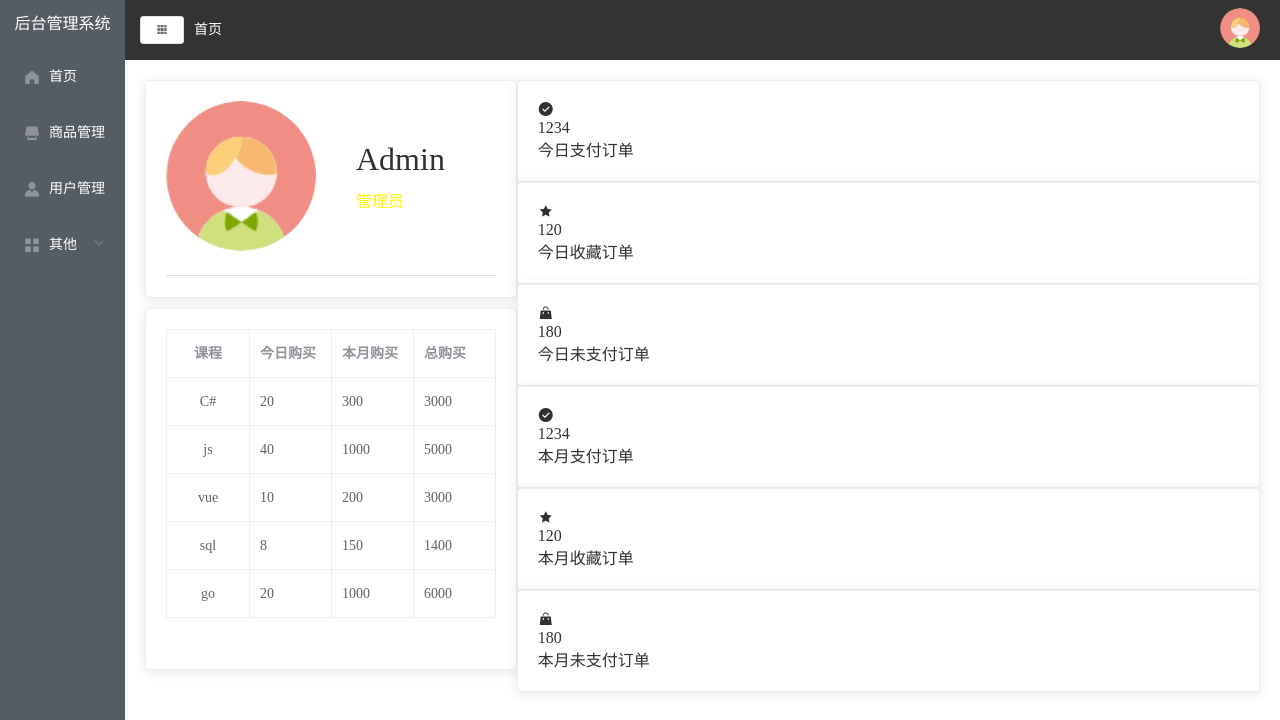
Repository: tkqi/manage
Page: /
These files come from the project's save history. The page is drawn as it stood at one moment and after a run of saves; the edit follows.
The browser window is 1280 px wide. The pictures show the whole page.
The project was rebuilt for these pictures with package versions that can differ from the ones it lists, and the page was loaded fresh each time. Also part of the build but not shown: vue.config.js.

Above is the page before, as saved 2023-12-06 11:01:47.

### src/main.js
import Vue from 'vue'
import App from './App.vue'
import router from './router'
import store from './store'
import ElementUI from 'element-ui';
import 'element-ui/lib/theme-chalk/index.css';

Vue.config.productionTip = false
Vue.use(ElementUI);

new Vue({
  router,
  store,
  render: h => h(App)
}).$mount('#app')

### src/App.vue
<template>
  <div id="app">
    <!-- 路由出口 -->
    <router-view />
  </div>
</template>

<script>
export default {
  name: 'App'
}
</script>

<style lang="less">
html,
body,
h3,
p {
  margin: 0;
  padding: 0;
}
</style>

### src/router/index.js
import Vue from 'vue'
import VueRouter from 'vue-router'
import routes from './routes'
Vue.use(VueRouter)


const router = new VueRouter({
  routes: routes
})

// 暴露router实例
export default router

### src/store/index.js
import Vue from 'vue'
import Vuex from 'vuex'
import tab from './tab.js'

Vue.use(Vuex)

const store = new Vuex.Store({
  state: {

  },
  getters: {
  },
  mutations: {
  },
  actions: {
  },
  modules: {
    tab
  }
})

export default store;

### src/router/routes.js
export default [
    // 主路由
    {
        path: '/',
        component: () => import('../views/Main.vue'),
        redirect: '/home',// 重定向
        // 子路由
        children: [
            {
                // 首页
                path: '/home',
                // 路由组件懒加载
                component: () => import('../views/Home.vue')
            },
            {
                // 用户管理
                path: '/user',
                component: () => import('../views/User.vue')
            },
            {
                // 商品管理
                path: '/mall',
                component: () => import('../views/Mall.vue')
            },
            {
                // 其他/页面1
                path: '/page1',
                component: () => import('../views/Page1.vue')
            },
            {
                // 其他/页面2
                path: '/page2',
                component: () => import('../views/Page2.vue')
            },
        ]
    },
    {
        path: '/home',
        // 路由组件懒加载
        component: () => import('../views/Home.vue')
    },
    {
        path: '/user',
        component: () => import('../views/User.vue')
    }
]

### src/store/tab.js
// 菜单相关数据
export default {
    state: {
        isCollapse: false
    },
    getters: {
        getisCollapse: (state) => state.isCollapse
    },
    mutations: {
        EDITIsCollapse(state){
            state.isCollapse = !state.isCollapse;
        }
    }
}

### src/views/Main.vue
<!-- eslint-disable vue/multi-word-component-names -->
<template>
    <div>
        <el-container>
            <el-aside width="auto">
                <sidebar />
            </el-aside>
            <el-container>
                <el-header>
                    <topbar />
                </el-header>
                <el-main>
                    <transition>
                        <keep-alive>
                            <router-view />
                        </keep-alive>
                    </transition>
                </el-main>
            </el-container>
        </el-container>
    </div>
</template>

<script>
import sidebar from '../components/sidebar.vue'
import topbar from '../components/topbar.vue';
export default {
    components: {
        sidebar,
        topbar
    }
}
</script>

<style lang="less" scoped>
.el-header {
    padding: 0;
    margin: 0;
}
</style>

### src/views/Home.vue
<!-- eslint-disable vue/multi-word-component-names -->
<template>
    <el-row>
        <el-col :span="8">
            <div>
                <el-card class="box-card">
                    <div class="user">
                        <img class="img" src="../assets/img/user-default.png" alt="">
                        <div class="user-info">
                            <P class="name">Admin</P>
                            <p class="access">管理员</p>
                        </div>
                    </div>
                    <el-divider></el-divider>
                    <div class="login-info">
                        <p>上次登录时间: <span>2023-12-03</span></p>
                        <p>上次登录地点: <span>绍兴</span></p>
                    </div>
                </el-card>
                <el-card class="table">
                    <el-table :data="tableData" border style="width: 100%">
                        <el-table-column prop="course" label="课程" :min-width="30" width="auto" align="center">
                        </el-table-column>
                        <el-table-column prop="buytoday" label="今日购买" :min-width="30" width="auto">
                        </el-table-column>
                        <el-table-column prop="buythemonth" label="本月购买" :min-width="30" width="auto">
                        </el-table-column>
                        <el-table-column prop="buyall" label="总购买" :min-width="30" width="auto">
                        </el-table-column>
                    </el-table>
                </el-card>
            </div>
        </el-col>
        <el-col :span="16">
            <div class="buy">
                <el-card v-for="(item, index) in countData" :key="index" >
                    <i class="icon" :class="`el-icon-${item.icon}`"></i>
                    <div>
                        <p>{{ item.value }}</p>
                        <p>{{ item.label }}</p>
                    </div>
                </el-card>
            </div>
        </el-col>
    </el-row>
</template>

<script>
export default {
    data() {
        return {
            tableData: [
                {
                    course: 'C#',
                    buytoday: 20,
                    buythemonth: 300,
                    buyall: 3000
                },
                {
                    course: 'js',
                    buytoday: 40,
                    buythemonth: 1000,
                    buyall: 5000
                },
                {
                    course: 'vue',
                    buytoday: 10,
                    buythemonth: 200,
                    buyall: 3000
                },
                {
                    course: 'sql',
                    buytoday: 8,
                    buythemonth: 150,
                    buyall: 1400
                },
                {
                    course: 'go',
                    buytoday: 20,
                    buythemonth: 1000,
                    buyall: 6000
                }
            ],
            countData:[
                {
                    label:'今日支付订单',
                    value:1234,
                    color:'#2ec7c9',
                    icon:'success'
                },
                {
                    label:'今日收藏订单',
                    value:120,
                    color:'#ffb980',
                    icon:'star-on'
                },
                {
                    label:'今日未支付订单',
                    value:180,
                    color:'#5ab1ef',
                    icon:'s-goods'
                },
                {
                    label:'本月支付订单',
                    value:1234,
                    color:'#2ec7c9',
                    icon:'success'
                },
                {
                    label:'本月收藏订单',
                    value:120,
                    color:'#ffb980',
                    icon:'star-on'
                },
                {
                    label:'本月未支付订单',
                    value:180,
                    color:'#5ab1ef',
                    icon:'s-goods'
                }
            ]
        }
    }
}
</script>
<style lang="less" scoped>
.box-card {
    height: 30vh;
    .user {
        display: flex;
        align-items: center;
        padding-right: 0px;

        .user-info {
            .name {
                font-size: 32px;
                margin-bottom: 10px;
            }

            .access {
                color: #fff000;
            }
        }

        img {
            height: 150px;
            width: 150px;
            border-radius: 50%;
            margin-right: 40px;
        }
    }
}

.login-info {
    line-height: 25px;

    p {
        font-size: 12px;

        span {
            font-size: 12px;
            margin-left: 50px;
        }
    }
}

.table {
    margin-top: 10px;
    height: 50vh;
    el-table{
        height: 100%;
    }
}
</style>

### src/components/sidebar.vue
<!-- eslint-disable vue/multi-word-component-names -->
<template>
    <el-menu class="menu" @open="handleOpen" @close="handleClose" :collapse="isCollapse" background-color="#545c64"
        text-color="#fff" active-text-color="#ffd04b">
        <h3>{{ !isCollapse?'后台管理系统':'后台' }}</h3>
        <el-menu-item v-for="item in noChildren" :key="item.name" :index="item.name" @click="clickMenu(item)">
            <i :class="`el-icon-${item.icon}`"></i>
            <span slot="title">{{ item.label }}</span>
        </el-menu-item>
        <el-submenu v-for="item in hasChildren" :key="item.label" :index="item.label">
            <template slot="title">
                <i :class="`el-icon-${item.icon}`"></i>
                <span slot="title">{{ item.label }}</span>
            </template>
            <el-menu-item-group v-for="subitem in item.children" :key="subitem.name">
                <el-menu-item :index="subitem.name" @click="clickSubmenu(subitem)">
                    <!-- <template slot="title"> -->
                    <i :class="`el-icon-${subitem.icon}`"></i>
                    <span slot="title">{{ subitem.name }}</span>
                    <!-- </template> -->
                </el-menu-item>
            </el-menu-item-group>
        </el-submenu>
    </el-menu>
</template>

<script>
export default {
    computed: {
        // 无子菜单
        noChildren() {
            return this.menuData.filter(o => !o.children);
        },
        // 有子菜单
        hasChildren() {
            return this.menuData.filter(o => o.children);
        },
        isCollapse() {
           return this.$store.state.tab.isCollapse;
        }
    },
    data() {
        return {
            // 使用store实时改变属性需要定义到computed
            // isCollapse: this.$store.getters('getisCollapse'),
            menuData: [
                {
                    path: '/',
                    name: 'home',
                    label: "首页",
                    icon: 's-home',
                    url: 'Home/Home'
                },
                {
                    path: '/mall',
                    name: 'mall',
                    label: "商品管理",
                    icon: 's-shop',
                    url: 'MallManage/MallManage'
                },
                {
                    path: '/user',
                    name: 'user',
                    label: "用户管理",
                    icon: 's-custom',
                    url: 'UserManage/UserManage'
                },
                {
                    label: '其他',
                    icon: 'menu',
                    children: [
                        {
                            path: '/page1',
                            name: 'page1',
                            label: "页面1",
                            icon: 's-claim',
                            url: 'Other/PageOne'
                        },
                        {
                            path: '/page2',
                            name: 'page2',
                            label: "页面2",
                            icon: 's-claim',
                            url: 'Other/PageTwo'
                        },
                    ]
                }
            ]
        };
    },
    methods: {
        handleOpen(key, keyPath) {
            console.log(key, keyPath);
        },
        handleClose(key, keyPath) {
            console.log(key, keyPath);
        },
        clickMenu(item) {
            console.log(this.$router.currentRoute.path);
            // 判断当前路由于点击链接的路由不一致才跳转
            if (item.path != this.$route.path && !(this.$route.path == '/home' && item.path == '/'))
                this.$router.push(item.path);
        },
        clickSubmenu(subitem) {
            // 判断当前路由于点击链接的路由不一致才跳转
            if (subitem.path != this.$route.path)
                this.$router.push(subitem.path);
        }
    }
}
</script>

<style lang="less" scoped>
.el-menu-vertical-demo:not(.el-menu--collapse) {
    width: 200px;
    min-height: 400px;
}

.menu {
    height: 100vh;
    border-right:0;
    h3 {
        color: rgb(255, 255, 255);
        text-align: center;
        line-height: 48px;
        font-size: 16px;
        font-weight: 400;
    }
}
</style>

### src/components/topbar.vue
<!-- eslint-disable vue/multi-word-component-names -->
<template>
    <div class="head-container">
        <div class="l-content">
            <el-button icon="el-icon-s-grid" size="mini" @click="changeCollapse()"/>
            <!-- 面包屑 -->
            <span class="text">首页</span>
        </div>
        <div class="r-content">
            <el-dropdown>
                <span class="el-dropdown-link">
                    <img class="img" src="../assets/img/user-default.png" alt="">
                </span>
                <el-dropdown-menu slot="dropdown">
                    <el-dropdown-item>个人中心</el-dropdown-item>
                    <el-dropdown-item>退出</el-dropdown-item>
                </el-dropdown-menu>
            </el-dropdown>
        </div>
    </div>
</template>

<script>
export default {
    data(){
        return{

        }
    },
    methods:{
        changeCollapse(){
            console.log(1);
            this.$store.commit('EDITIsCollapse');
        }
    }
}
</script>

<style lang="less" scoped>
.head-container {
    background-color: #333;
    height: 60px;
    display: flex;
    justify-content: space-between;
    align-items: center;
    padding-left: 15px;
    padding-right: 20px;
}

// .l-content {
//     padding-left: 15px;
// }

// .r-content {}

.text {
    color: white;
    font-size: 14px;
    padding-left: 10px;
}

.img{
    height: 40px;
    width: 40px;
    border-radius: 50%;
}
</style>

Loaded but not shown: public/index.html (common file)

After the next 2 saves:
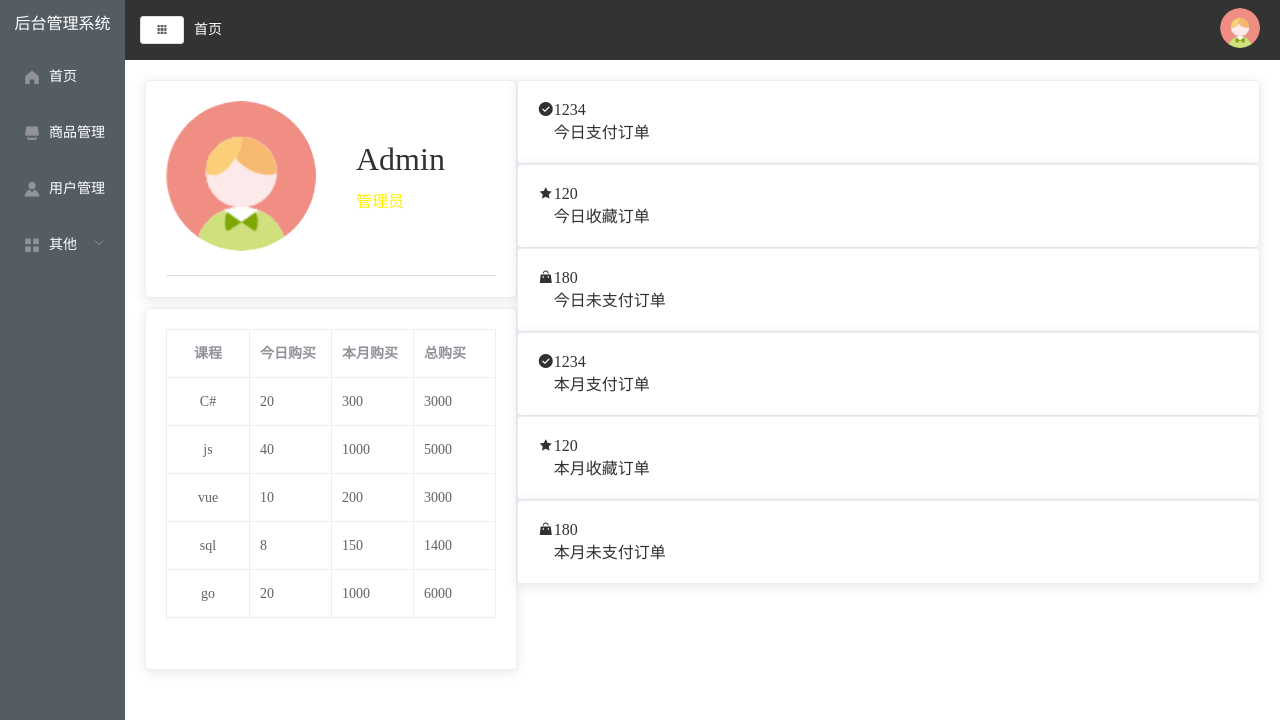
The 2 saves are shown as one change because they came seconds apart.
The last was saved 75 s later.
--- a/src/views/Home.vue
+++ b/src/views/Home.vue
@@ -33,7 +33,7 @@
         </el-col>
         <el-col :span="16">
             <div class="buy">
-                <el-card v-for="(item, index) in countData" :key="index" >
+                <el-card v-for="(item, index) in countData" :key="index" :body-style="{display:'flex'}">
                     <i class="icon" :class="`el-icon-${item.icon}`"></i>
                     <div>
                         <p>{{ item.value }}</p>
